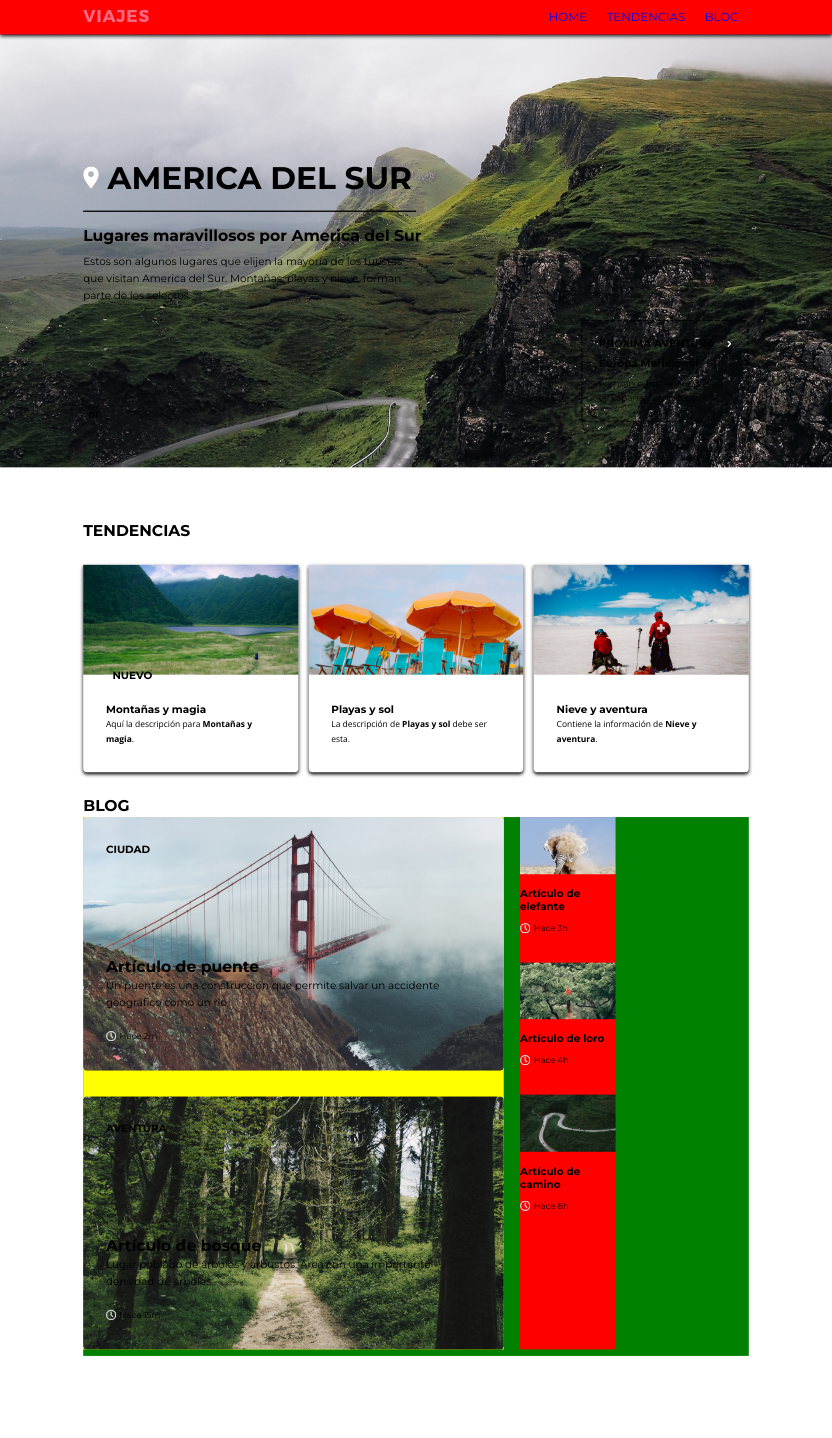
Repository: agustin-mesa/viajes
Page: /
The author's editor kept a copy of each file at every save. The page is drawn from the files as they stood at one save, then again after the next save.
The browser window is 1280 px wide. The pictures show the whole page, at 65% of full size.
The project was rebuilt for these pictures with package versions that can differ from the ones it lists, and the page was loaded fresh each time. Also part of the build but not shown: src/components/styles/colors.module.scss.

Above is the page before, as saved 2021-11-12 12:17:34.

After the next save:
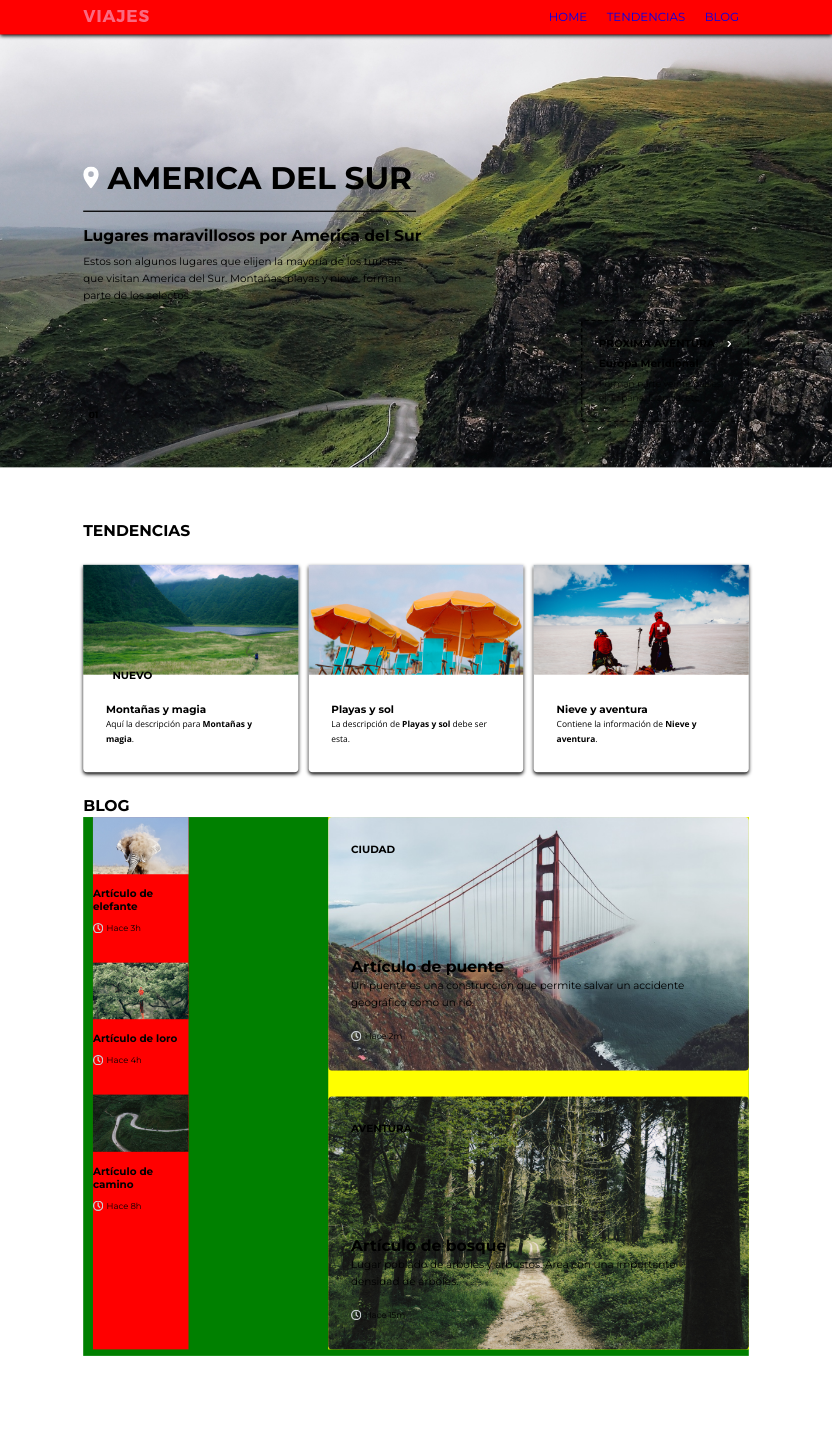
Saved 66 s later.
--- a/src/pages/Blog.js
+++ b/src/pages/Blog.js
@@ -123,6 +123,7 @@
     width: 100%;
   }
   .blog__article {
+    grid-area: blog__article;
     display: flex;
     align-items: center;
     justify-content: flex-start;

After the save that followed:
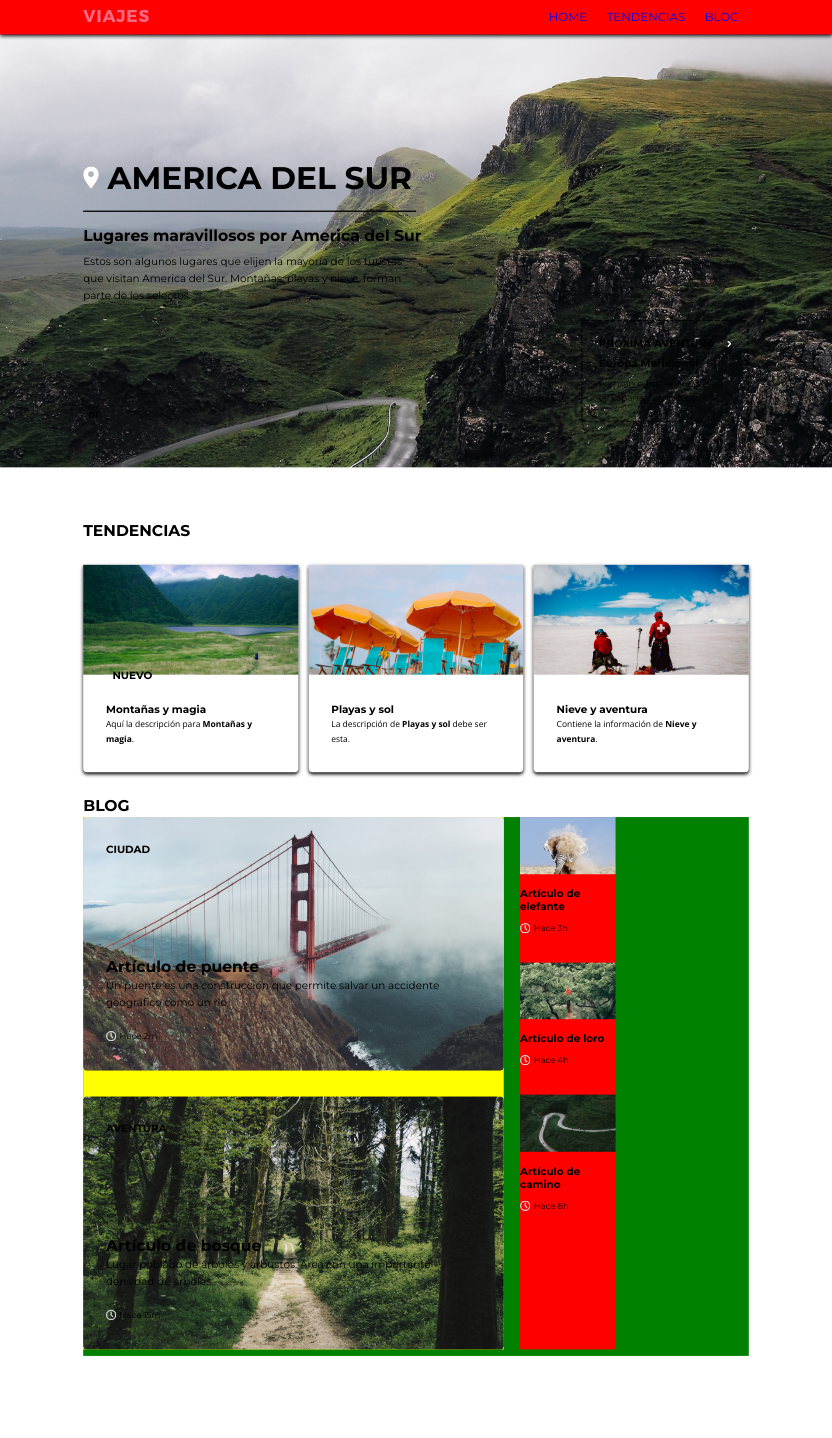
Saved 14 s later.
--- a/src/pages/Blog.js
+++ b/src/pages/Blog.js
@@ -123,7 +123,7 @@
     width: 100%;
   }
   .blog__article {
-    grid-area: blog__article;
+    grid-area: .blog__article;
     display: flex;
     align-items: center;
     justify-content: flex-start;
